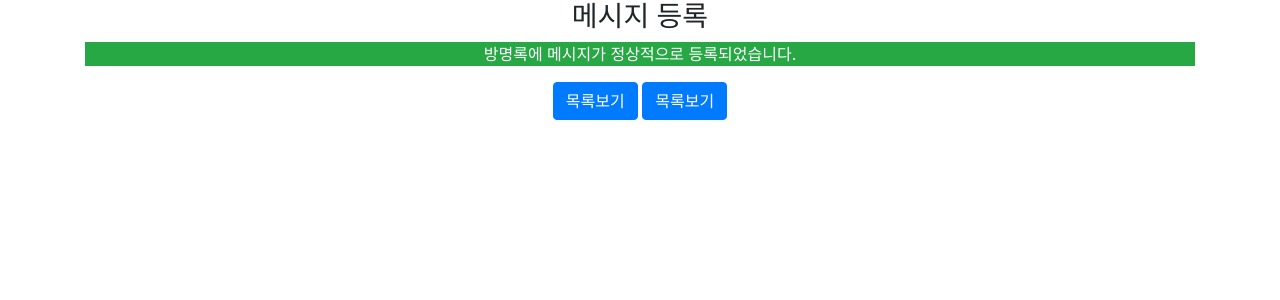
Repository: juhee1020/studying
Page: http://localhost/jsp03_guestbook/write_message.jsp
An editor plug-in stored every save of this project. The page is shown before and after the next save, followed by the edit.
The browser window is 1280 px wide. The pictures show the whole page.
The page is served by Tomcat 9.

Above is the page before, as saved 2022-12-19 04:19:57.

After the next save:
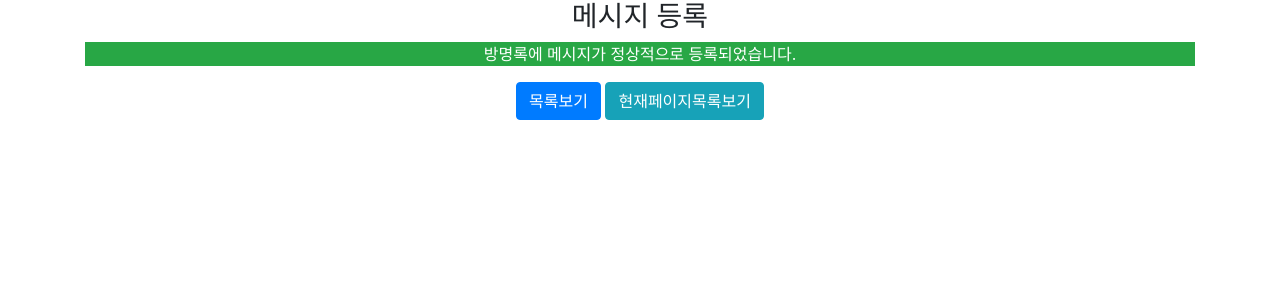
Saved 24 s later.
--- a/JSP/jsp03_guestbook/WebContent/write_message.jsp
+++ b/JSP/jsp03_guestbook/WebContent/write_message.jsp
@@ -26,7 +26,7 @@
 		<h3>메시지 등록</h3>
 		<p class="bg-success text-white">방명록에 메시지가 정상적으로 등록되었습니다.</p>
 		<a href="list.jsp" class="btn btn-primary">목록보기</a>
-		<a href="list.jsp?page=<%= session.getAttribute("page") %>" class="btn btn-primary">목록보기</a>
+		<a href="list.jsp?page=<%= session.getAttribute("page") %>" class="btn btn-info">현재페이지목록보기</a>
 	</div>
 </body>
 </html>
